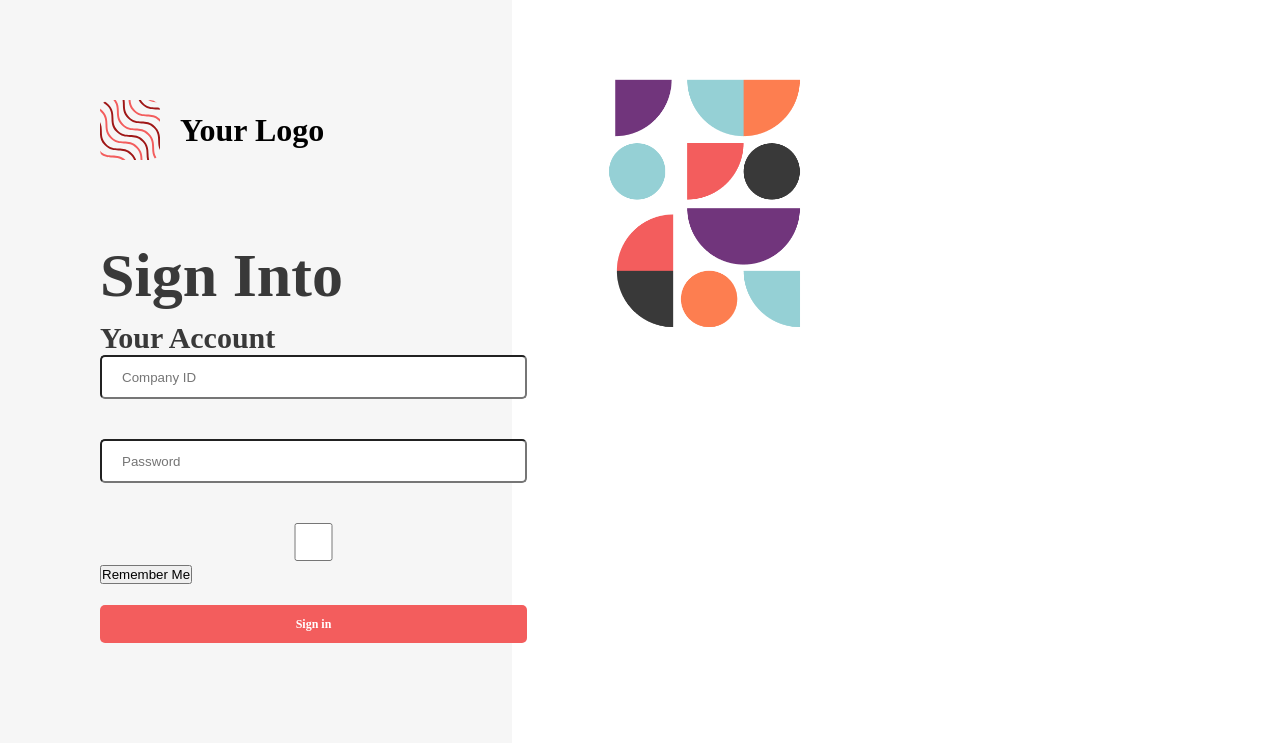
Repository: kubrazamanova/Form-lesson2
Page: index.html
These files come from the project's save history. The page is drawn as it stood at one moment and after the next save; the edit follows.
The browser window is 1280 px wide. The pictures show the whole page.

Above is the page before, as saved 2023-10-28 10:22:19.

After the next save:
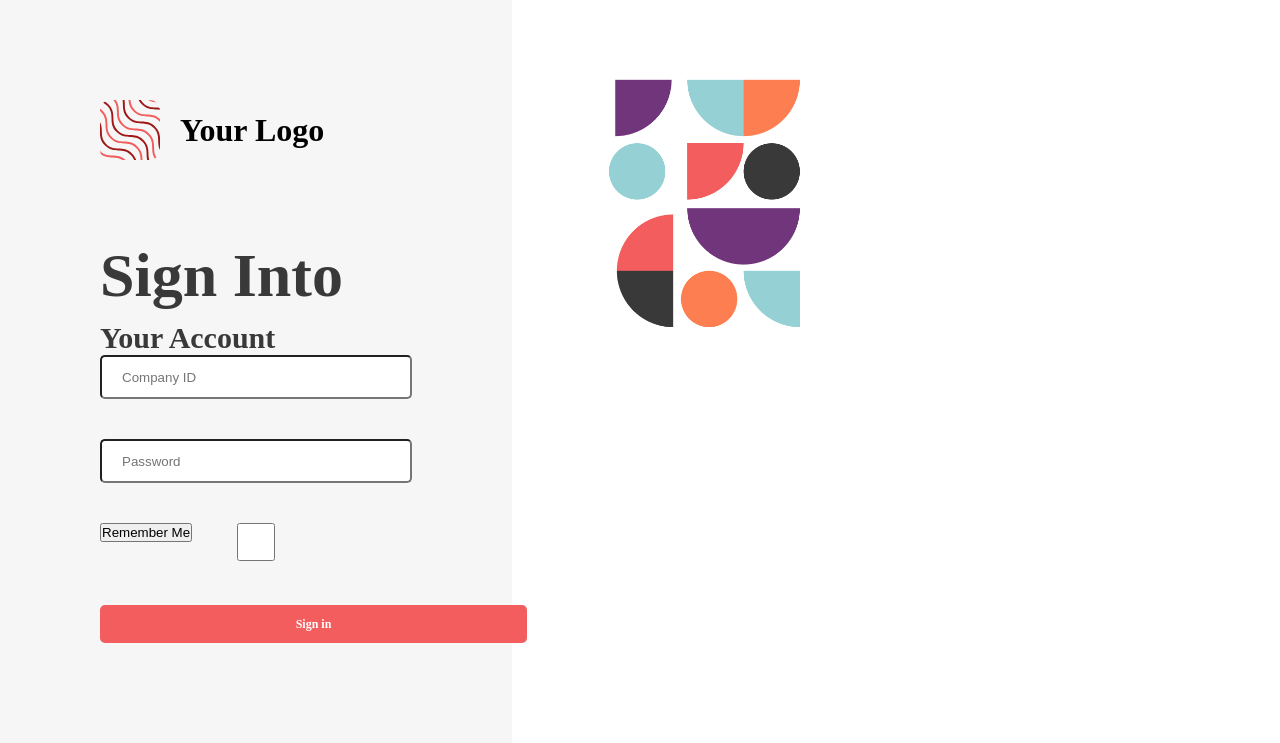
Saved 9 s later.
--- a/index.css
+++ b/index.css
@@ -56,7 +56,7 @@ min-height: 100vh;
 }
 
 .container input {
-  width: 427px;
+  width: 100%;
   height: 38px;
   border-radius: 5px;
   background: #fff;
